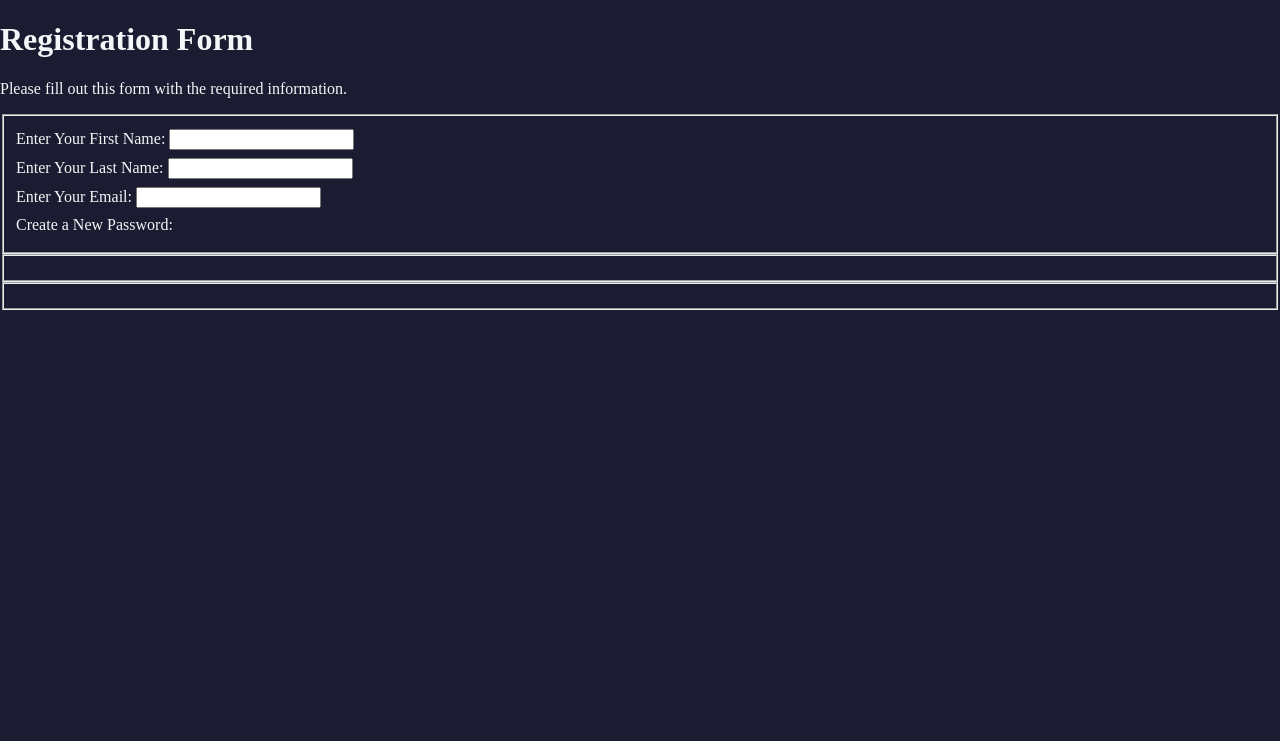
Repository: Lungdjos/registration_form
Page: index.html
These files come from the project's save history. The page is drawn as it stood at one moment and after a run of saves; the edit follows.
The browser window is 1280 px wide. The pictures show the whole page.

Above is the page before, as saved 2023-09-28 14:33:57.

After the next 3 saves:
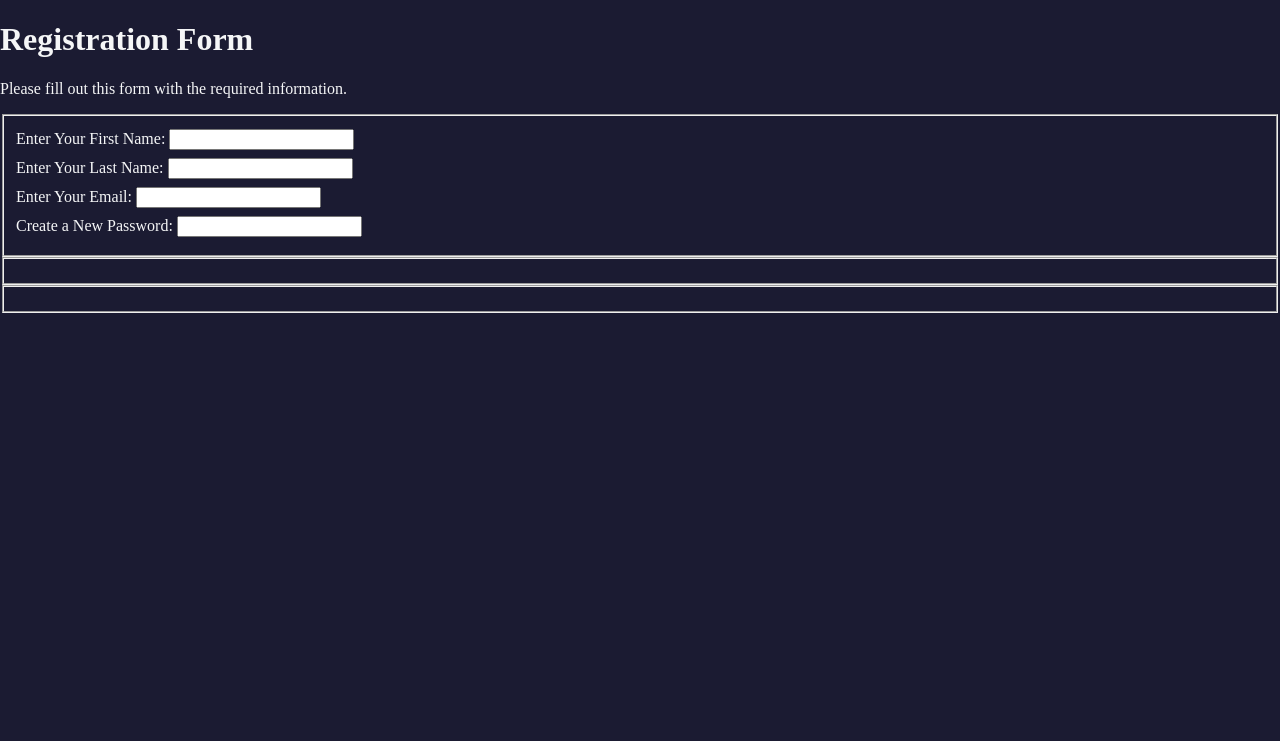
The 3 saves are shown as one change because they came seconds apart.
The last was saved 16 s later.
--- a/index.html
+++ b/index.html
@@ -16,7 +16,7 @@
             <label for="">Enter Your First Name: <input type="text"> </label>
             <label for="">Enter Your Last Name: <input type="text"> </label>
             <label for="">Enter Your Email: <input type="text"> </label>
-            <label for="">Create a New Password:</label>
+            <label for="">Create a New Password: <input type="text"> </label>
         </fieldset>
         <fieldset><label for=""></label></fieldset>
         <fieldset><label for=""></label></fieldset>
